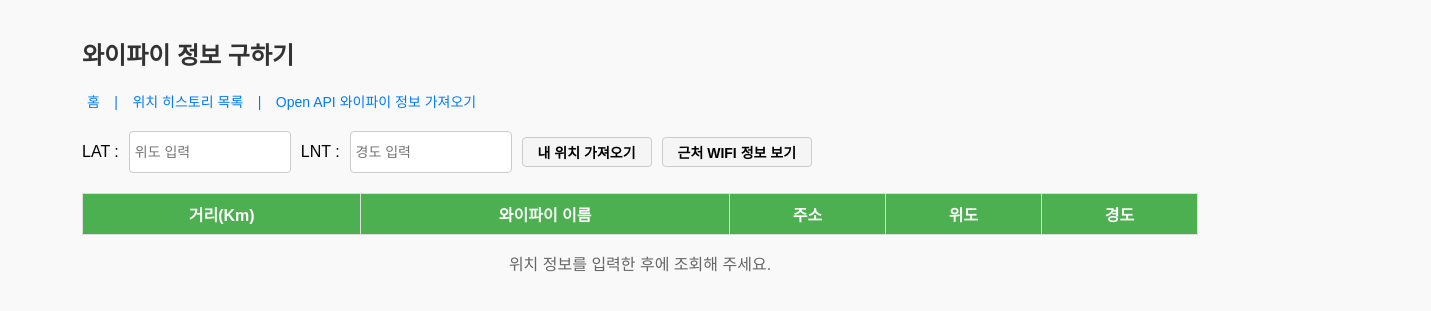
Repository: sangpyolee0/zerobase_task
Page: http://localhost/WifiProject/
The author's editor kept a copy of each file at every save. The page is drawn from the files as they stood at one save, then again after the next save.
The browser window is 1280 px wide. The page is 1280 px wide, then 1431 px, so the pictures cover 1431 px, including what lies to the right of the window. The pictures show the whole page.
The page is served by Tomcat 9. Other server files are loaded and not shown.

Above is the page before, as saved 2024-12-08 18:31:20.

### WifiProject/src/main/webapp/index.jsp
<%@ page language="java" contentType="text/html; charset=UTF-8" pageEncoding="UTF-8"%>
<!DOCTYPE html>
<html>
<head>
    <link rel="stylesheet" type="text/css" href="css/index.css">
    <title>와이파이 정보 구하기</title>
</head>
<body>
    <div class="container">
        <h1>와이파이 정보 구하기</h1>
        <nav>
            <a href="index.jsp">홈</a>
            <span>|</span>
            <a href="history.jsp">위치 히스토리 목록</a>
            <span>|</span>
            <a href="add-wifi.jsp">Open API 와이파이 정보 가져오기</a>
        </nav>
        <form id="wifiForm">
            <label for="lat">LAT :</label>
            <input type="text" id="lat" name="lat" placeholder="위도 입력">
            <label for="lnt">LNT :</label>
            <input type="text" id="lnt" name="lnt" placeholder="경도 입력">
            <button type="button" onclick="fetchLocation()">내 위치 가져오기</button>
            <button type="button" onclick="fetchWifiData()">근처 WIFI 정보 보기</button>
        </form>
        <table>
            <thead>
                <tr>
                    <th>거리(Km)</th>
                    <th>와이파이 이름</th>
                    <th>주소</th>
                    <th>위도</th>
                    <th>경도</th>
                </tr>
            </thead>
            <tbody id="wifiTable">
                <!-- 데이터가 추가될 영역 -->
            </tbody>
        </table>
        <p class="message">위치 정보를 입력한 후에 조회해 주세요.</p>
    </div>
    <script>
        function fetchLocation() {
            if (navigator.geolocation) {
                navigator.geolocation.getCurrentPosition(function(position) {
                    document.getElementById('lat').value = position.coords.latitude.toFixed(6);
                    document.getElementById('lnt').value = position.coords.longitude.toFixed(6);
                    alert('위치가 성공적으로 설정되었습니다!');
                }, function(error) {
                    alert('위치를 가져오는 중 오류가 발생했습니다.');
                });
            } else {
                alert('이 브라우저는 위치 서비스를 지원하지 않습니다.');
            }
        }

        function fetchWifiData() {
            const lat = document.getElementById('lat').value;
            const lnt = document.getElementById('lnt').value;

            if (!lat || !lnt) {
                alert('위도와 경도를 모두 입력해주세요.');
                return;
            }

            fetch(`nearby-wifi.jsp?lat=${lat}&lnt=${lnt}`)
                .then(response => response.json())
                .then(data => {
                    const tableBody = document.getElementById('wifiTable');
                    tableBody.innerHTML = ''; // 기존 데이터 초기화
                    data.forEach(wifi => {
                        const row = document.createElement('tr');
                        row.innerHTML = `
                            <td>${wifi.distance}</td>
                            <td>${wifi.name}</td>
                            <td>${wifi.address}</td>
                            <td>${wifi.lat}</td>
                            <td>${wifi.lnt}</td>
                        `;
                        tableBody.appendChild(row);
                    });
                })
                .catch(error => {
                    console.error('Error fetching WiFi data:', error);
                    alert('WiFi 데이터를 가져오는 중 오류가 발생했습니다.');
                });
        }
    </script>
</body>
</html>

### WifiProject/src/main/webapp/css/index.css
body {
    font-family: Arial, sans-serif;
    margin: 0;
    padding: 20px;
    background-color: #f9f9f9;
}

.container {
    width: 90%;
    max-width: 1200px;
    margin: 0 auto;
}

h1 {
    font-size: 24px;
    color: #333;
    margin-bottom: 20px;
}

nav {
    margin-bottom: 20px;
}

nav a, nav span {
    text-decoration: none;
    color: #007BFF;
    margin: 0 5px;
    font-size: 14px;
}

form {
    margin-bottom: 20px;
    display: flex;
    align-items: center;
    gap: 10px;
}

form input {
    height: 30px;
    padding: 5px;
    font-size: 14px;
    border: 1px solid #ccc;
    border-radius: 4px;
    width: 150px;
}

form button {
    height: 30px;
    padding: 0 15px;
    background-color: #f5f5f5;
    border: 1px solid #ccc;
    font-size: 14px;
    border-radius: 4px;
    cursor: pointer;
    font-weight: bold;
}

table {
    width: 100%;
    border-collapse: collapse;
}

table th, table td {
    border: 1px solid #ddd;
    padding: 8px;
    text-align: center;
    white-space: nowrap;
}

table th {
    background-color: #4CAF50;
    color: white;
}

.message {
    text-align: center;
    color: #666;
}

After the next save:
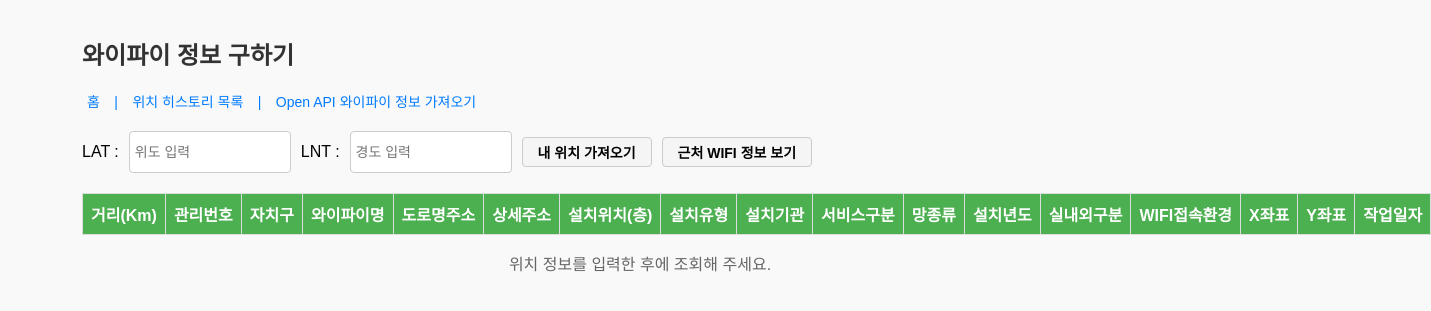
Saved 74 s later.
--- a/WifiProject/src/main/webapp/index.jsp
+++ b/WifiProject/src/main/webapp/index.jsp
@@ -27,64 +27,75 @@
             <thead>
                 <tr>
                     <th>거리(Km)</th>
-                    <th>와이파이 이름</th>
-                    <th>주소</th>
-                    <th>위도</th>
-                    <th>경도</th>
+                    <th>관리번호</th>
+                    <th>자치구</th>
+                    <th>와이파이명</th>
+                    <th>도로명주소</th>
+                    <th>상세주소</th>
+                    <th>설치위치(층)</th>
+                    <th>설치유형</th>
+                    <th>설치기관</th>
+                    <th>서비스구분</th>
+                    <th>망종류</th>
+                    <th>설치년도</th>
+                    <th>실내외구분</th>
+                    <th>WIFI접속환경</th>
+                    <th>X좌표</th>
+                    <th>Y좌표</th>
+                    <th>작업일자</th>
                 </tr>
             </thead>
             <tbody id="wifiTable">
-                <!-- 데이터가 추가될 영역 -->
+                <!-- 데이터가 렌더링됩니다. -->
             </tbody>
         </table>
         <p class="message">위치 정보를 입력한 후에 조회해 주세요.</p>
     </div>
-    <script>
-        function fetchLocation() {
-            if (navigator.geolocation) {
-                navigator.geolocation.getCurrentPosition(function(position) {
-                    document.getElementById('lat').value = position.coords.latitude.toFixed(6);
-                    document.getElementById('lnt').value = position.coords.longitude.toFixed(6);
-                    alert('위치가 성공적으로 설정되었습니다!');
-                }, function(error) {
-                    alert('위치를 가져오는 중 오류가 발생했습니다.');
+</body>
+<script>
+    function fetchLocation() {
+        // 브라우저의 Geolocation API 사용
+        if (navigator.geolocation) {
+            navigator.geolocation.getCurrentPosition(function(position) {
+                document.getElementById('lat').value = position.coords.latitude.toFixed(6);
+                document.getElementById('lnt').value = position.coords.longitude.toFixed(6);
+                alert('위치가 성공적으로 설정되었습니다!');
+            }, function(error) {
+                alert('위치를 가져오는 중 오류가 발생했습니다.');
+            });
+        } else {
+            alert('이 브라우저는 위치 서비스를 지원하지 않습니다.');
+        }
+    }
+
+    function fetchWifiData() {
+        // 사용자가 입력한 LAT, LNT 값
+        const lat = document.getElementById('lat').value;
+        const lnt = document.getElementById('lnt').value;
+
+        // AJAX 요청을 통해 데이터 가져오기
+        fetch(`nearby-wifi.jsp?lat=${lat}&lnt=${lnt}`)
+            .then(response => response.json())
+            .then(data => {
+                const tableBody = document.getElementById('wifiTable');
+                tableBody.innerHTML = ''; // 기존 데이터 초기화
+                data.forEach(wifi => {
+                    const row = document.createElement('tr');
+                    row.innerHTML = `
+                        <td>${wifi.distance}</td>
+                        <td>${wifi.name}</td>
+                        <td>${wifi.address}</td>
+                        <td>${wifi.details}</td>
+                        <td>${wifi.lat}</td>
+                        <td>${wifi.lnt}</td>
+                    `;
+                    tableBody.appendChild(row);
                 });
-            } else {
-                alert('이 브라우저는 위치 서비스를 지원하지 않습니다.');
-            }
-        }
-
-        function fetchWifiData() {
-            const lat = document.getElementById('lat').value;
-            const lnt = document.getElementById('lnt').value;
-
-            if (!lat || !lnt) {
-                alert('위도와 경도를 모두 입력해주세요.');
-                return;
-            }
-
-            fetch(`nearby-wifi.jsp?lat=${lat}&lnt=${lnt}`)
-                .then(response => response.json())
-                .then(data => {
-                    const tableBody = document.getElementById('wifiTable');
-                    tableBody.innerHTML = ''; // 기존 데이터 초기화
-                    data.forEach(wifi => {
-                        const row = document.createElement('tr');
-                        row.innerHTML = `
-                            <td>${wifi.distance}</td>
-                            <td>${wifi.name}</td>
-                            <td>${wifi.address}</td>
-                            <td>${wifi.lat}</td>
-                            <td>${wifi.lnt}</td>
-                        `;
-                        tableBody.appendChild(row);
-                    });
-                })
-                .catch(error => {
-                    console.error('Error fetching WiFi data:', error);
-                    alert('WiFi 데이터를 가져오는 중 오류가 발생했습니다.');
-                });
-        }
-    </script>
-</body>
+            })
+            .catch(error => {
+                console.error('Error fetching WiFi data:', error);
+                alert('WiFi 데이터를 가져오는 중 오류가 발생했습니다.');
+            });
+    }
+</script>
 </html>
